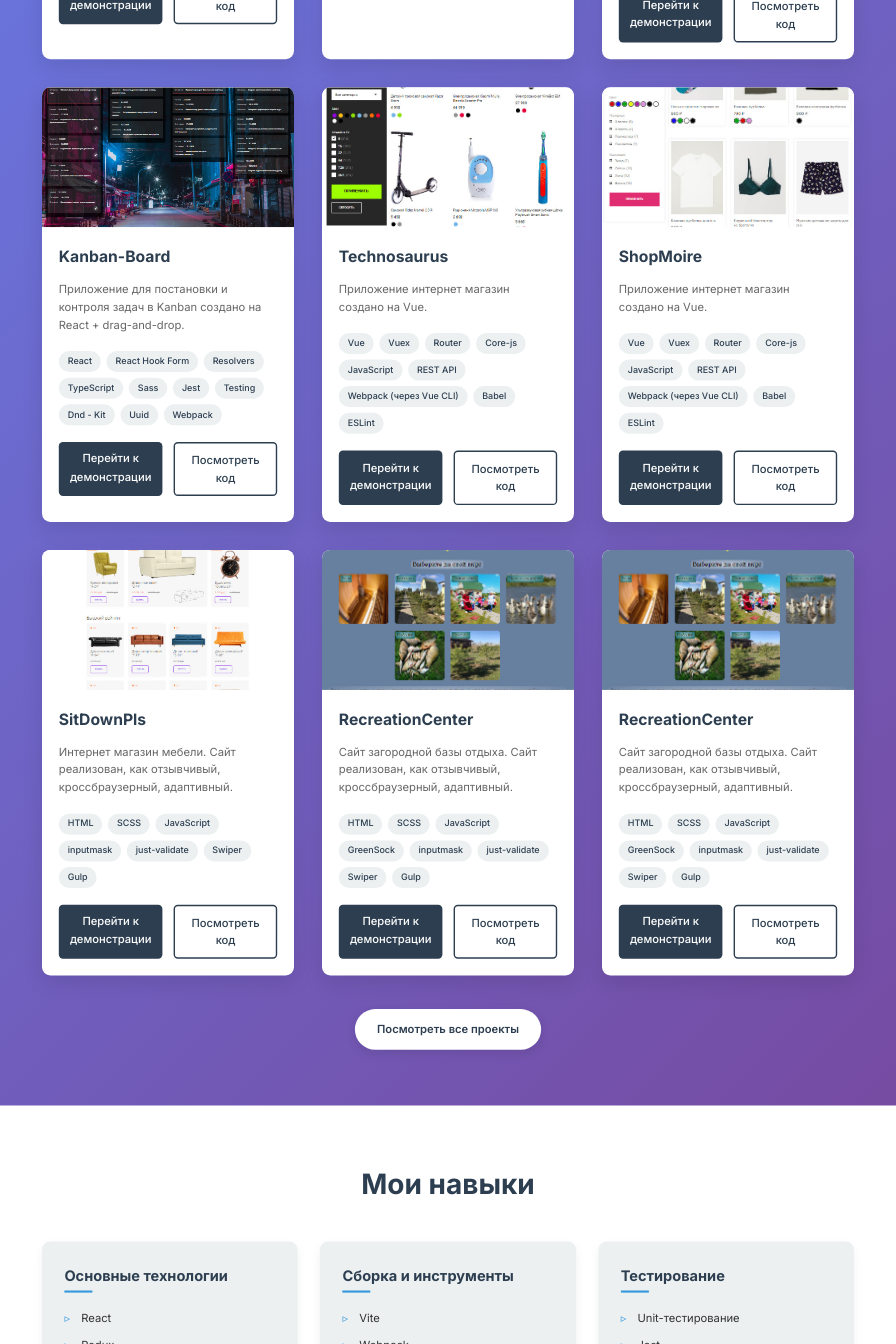
Repository: RostislavZeberg/resume-app
Page: /
These files come from the project's save history. The page is drawn as it stood at one moment and after the next save; the edit follows.
The browser window is 1280 px wide. The pictures show the part of the page from y = 841 to 2761 px (the page is 4977 px tall), at 70% of full size.
The project was rebuilt for these pictures with package versions that can differ from the ones it lists, and the page was loaded fresh each time. The framework's server and built-in components were replaced by stand-ins that run in the browser. Also part of the build but not shown: next.config.ts.

Above is the page before, as saved 2025-09-18 19:33:41.

### pages/_app.tsx
import type { AppProps } from 'next/app';
import '../styles/globals.scss';
import Head from 'next/head';

function MyApp({ Component, pageProps }: AppProps) {
  return (
    <>
      <Head>
        <meta name="viewport" content="width=device-width, initial-scale=1" />
        <meta name="theme-color" content="#2c3e50" />
        <meta name="description" content="Резюме фронтенд-разработчика React с 5+ годами опыта. Специализация: React, TypeScript, Next.js, Redux Toolkit." />
        <meta name="keywords" content="React, TypeScript, Next.js, фронтенд-разработчик, резюме" />
        <meta property="og:title" content="Фронтенд-разработчик React" />
        <meta property="og:description" content="Резюме фронтенд-разработчика React с 5+ годами опыта" />
        <meta property="og:type" content="website" />
        <link rel="icon" href="/favicon.ico" />
      </Head>
      <Component {...pageProps} />
    </>
  );
}

export default MyApp;

### pages/_document.tsx
import { Html, Head, Main, NextScript } from 'next/document';

export default function Document() {
  return (
    <Html lang="ru">
      <Head>
        <link rel="preconnect" href="https://fonts.googleapis.com" />
        <link rel="preconnect" href="https://fonts.gstatic.com" crossOrigin="anonymous" />
        <link href="https://fonts.googleapis.com/css2?family=Inter:wght@300;400;500;600;700&display=swap" rel="stylesheet" />

        {/* Фавикон */}
        <link rel="icon" href="/favicon.ico" sizes="any" />
        <link rel="icon" href="/favicon.svg" type="image/svg+xml" />
        <link rel="apple-touch-icon" href="/apple-touch-icon.png" />
        <link rel="manifest" href="/manifest.webmanifest" />

        {/* Мета-теги */}
        <meta name="theme-color" content="#2c3e50" />
        <meta name="description" content="Резюме фронтенд-разработчика React с 5+ годами опыта. Специализация: React, TypeScript, Next.js, Redux Toolkit." />
        <meta name="keywords" content="React, TypeScript, Next.js, фронтенд-разработчик, резюме" />
      </Head>
      <body>
        <Main />
        <NextScript />
      </body>
    </Html>
  );
}

### pages/index.tsx
import Head from 'next/head';
import { NextPage } from 'next';
import Contacts from '../components/Sections/Contacts';
import Skills from '../components/Sections/Skills';
import About from '../components/Sections/About';
import Projects from '../components/Sections/Projects';
import Header from '../components/Layout/Header';

const Home: NextPage = () => {
  return (
    <>
      <Head>
        <title>Фронтенд-разработчик React | Резюме</title>
        <meta name="description" content="Резюме фронтенд-разработчика React с 5+ годами опыта. Специализация: React, TypeScript, Next.js, Redux Toolkit." />
        <meta name="keywords" content="React, TypeScript, Next.js, фронтенд-разработчик, резюме" />
        <meta property="og:title" content="Фронтенд-разработчик React" />
        <meta property="og:description" content="Резюме фронтенд-разработчика React с 5+ годами опыта" />
        <meta property="og:type" content="website" />
        <link rel="icon" href="/favicon.ico" />
      </Head>

      <Header />
      <main>
        <Projects />
        <Skills />
        <About />
        <Contacts />
      </main>
    </>
  );
};

export default Home;

### styles/globals.scss
// Переменные и миксины
@import './variables.scss';
@import './mixins';

// Глобальные стили
* {
  box-sizing: border-box;
  margin: 0;
  padding: 0;
}

html {
  scroll-behavior: smooth;
  scroll-padding-top: 60px;
}

body {
  font-family: 'Inter', 'Arial', sans-serif;
  line-height: 1.6;
  color: $text-color;
  background-color: $background-color;
  padding-top: 60px;
}

.container {
  max-width: 1200px;
  margin: 0 auto;
  padding: 0 20px;
}

section {
  padding: 80px 0;

  h2 {
    text-align: center;
    margin-bottom: 50px;
    font-size: 2.5rem;
    color: $primary-color;
  }
}

// Анимации
@keyframes fadeIn {
  from {
    opacity: 0;
    transform: translateY(20px);
  }
  to {
    opacity: 1;
    transform: translateY(0);
  }
}

.fade-in {
  animation: fadeIn 0.6s ease forwards;
}

// Адаптивность
@include desktop {
  .container {
    max-width: 1200px;
  }
}

@include tablet {
  .container {
    max-width: 100%;
    padding: 0 15px;
  }

  section {
    padding: 60px 0;

    h2 {
      font-size: 2rem;
      margin-bottom: 40px;
    }
  }
}

@include mobile {
  .container {
    padding: 0 10px;
  }

  section {
    padding: 40px 0;

    h2 {
      font-size: 1.8rem;
      margin-bottom: 30px;
    }
  }
}

### components/Sections/Contacts.tsx
import React from 'react';
import Icon from '../UI/Icon';
import styles from '../../styles/sections/contacts.module.scss';
import { contacts } from '@/info/contacts';

const Contacts: React.FC = () => {

  return (
    <section id="contacts" className={styles.contacts}>
      <div className="container">
        <h2>Контакты</h2>
        <div className={styles.contactsGrid}>
          {contacts.map((contact, index) => (
            <a
              key={index}
              href={contact.href}
              className={styles.contactItem}
              target="_blank"
              rel="noopener noreferrer"
            >
              <Icon name={contact.icon} className={styles.contactIcon} />
              <span>{contact.text}</span>
            </a>
          ))}
        </div>
      </div>
    </section>
  );
};

export default Contacts;

### components/Sections/Skills.tsx
import React from 'react';
import styles from '../../styles/sections/skills.module.scss';

const Skills: React.FC = () => {
  const skillCategories = [
    {
      title: 'Основные технологии',
      skills: ['React', 'Redux', 'Redux Toolkit', 'TypeScript', 'Next.js', 'Sass/SCSS']
    },
    {
      title: 'Сборка и инструменты',
      skills: ['Vite', 'Webpack', 'Parcel', 'Gulp', 'Git', 'GitHub']
    },
    {
      title: 'Тестирование',
      skills: ['Unit-тестирование', 'Jest', 'React Testing Library']
    },
    {
      title: 'Дополнительные навыки',
      skills: ['HTTP/REST', 'ООП', 'DRY/KISS', 'WordPress', 'Vue.js', 'SQL', 'Python', 'Docker', 'Linux']
    },
    {
      title: 'Языки',
      skills: ['Английский (B1)']
    }
  ];

  return (
    <section id="skills" className={styles.skills}>
      <div className="container">
        <h2>Мои навыки</h2>
        <div className={styles.skillsGrid}>
          {skillCategories.map((category, index) => (
            <div key={index} className={styles.skillCategory}>
              <h3>{category.title}</h3>
              <ul>
                {category.skills.map((skill, i) => (
                  <li key={i}>{skill}</li>
                ))}
              </ul>
            </div>
          ))}
        </div>
      </div>
    </section>
  );
};

export default Skills;

### components/Sections/Projects.tsx
import React from 'react';
import ProjectCard from '../UI/ProjectCard';
import styles from '../../styles/sections/projects.module.scss';
import { projects } from '@/info/projects';

const Projects: React.FC = () => {
  return (
    <section id="projects" className={styles.projects}>
      <div className="container">
        <h2>Мои проекты</h2>
        <div className={styles.projectsGrid}>
          {projects.map((project, index) => (
            <ProjectCard key={index} project={project} />
          ))}
        </div>
        <div className={styles.viewAll}>
          <a
            href="https://github.com/RostislavZeberg?tab=repositories"
            className={styles.viewAllButton}
            target="_blank"
            rel="noopener noreferrer"
          >
            Посмотреть все проекты
          </a>
        </div>
      </div>
    </section>
  );
};

export default Projects;

### components/Layout/Header.tsx
import React, { useState } from 'react';
import Link from 'next/link';
import styles from '../../styles/layout/header.module.scss';

const Header: React.FC = () => {
  const [isMenuOpen, setIsMenuOpen] = useState(false);

  const toggleMenu = () => {
    setIsMenuOpen(!isMenuOpen);
  };

  return (
    <header className={styles.header}>
      <div className="container">
        <nav className={styles.nav}>
          <div className={styles.logo}>
            <Link href="/">Фронтенд-разработчик React + Next</Link>
          </div>

          <button
            className={`${styles.menuToggle} ${isMenuOpen ? styles.active : ''}`}
            onClick={toggleMenu}
            aria-label="Меню"
          >
            <span></span>
            <span></span>
            <span></span>
          </button>

          <ul className={`${styles.navList} ${isMenuOpen ? styles.active : ''}`}>
            <li><a href="#contacts" onClick={() => setIsMenuOpen(false)}>Контакты</a></li>
            <li><a href="#skills" onClick={() => setIsMenuOpen(false)}>Навыки</a></li>
            <li><a href="#about" onClick={() => setIsMenuOpen(false)}>Обо мне</a></li>
            <li><a href="#projects" onClick={() => setIsMenuOpen(false)}>Проекты</a></li>
          </ul>
        </nav>
      </div>
    </header>
  );
};

export default Header;

### styles/variables.scss
// Цвета
$primary-color: #2c3e50;
$secondary-color: #3498db;
$accent-color: #e74c3c;
$background-color: #f9f9f9;
$text-color: #333;
$light-gray: #ecf0f1;

// Breakpoints
$desktop: 1280px;
$tablet: 1024px;
$small-tablet: 768px;
$mobile: 320px;

### styles/mixins.scss
@mixin desktop {
  @media (min-width: #{$desktop}) {
    @content;
  }
}

@mixin tablet {
  @media (min-width: #{$small-tablet}) and (max-width: #{$tablet}) {
    @content;
  }
}

@mixin small-tablet {
  @media (min-width: #{$mobile}) and (max-width: #{$small-tablet - 1px}) {
    @content;
  }
}

@mixin mobile {
  @media (max-width: #{$mobile}) {
    @content;
  }
}

@mixin flex-center {
  display: flex;
  justify-content: center;
  align-items: center;
}

@mixin card-shadow {
  box-shadow: 0 4px 6px rgba(0, 0, 0, 0.1);
  transition: box-shadow 0.3s ease;

  &:hover {
    box-shadow: 0 10px 20px rgba(0, 0, 0, 0.15);
  }
}

### components/UI/Icon.tsx
import React from 'react';
import Image from 'next/image';

interface IconProps {
  name: string;
  className?: string;
  width?: number;
  height?: number;
}

const Icon: React.FC<IconProps> = ({ name, className = '', width = 24, height = 24 }) => {
  return (
    <Image
      src={`/icons/${name}.svg`}
      alt={`${name} icon`}
      width={width}
      height={height}
      className={className}
    />
  );
};

export default Icon;

### styles/sections/contacts.module.scss
@import '../variables';
@import '../mixins';

.contacts {
  background: linear-gradient(135deg, #f5f7fa 0%, #c3cfe2 100%);
  padding: 100px 0;
}

.contactsGrid {
  display: grid;
  grid-template-columns: repeat(auto-fit, minmax(250px, 1fr));
  gap: 2rem;
  margin-top: 3rem;
}

.contactItem {
  display: flex;
  flex-direction: column;
  align-items: center;
  justify-content: center;
  background: white;
  padding: 2rem;
  border-radius: 12px;
  box-shadow: 0 10px 30px rgba(0, 0, 0, 0.1);
  transition: all 0.3s ease;
  text-decoration: none;
  color: $text-color;

  &:hover {
    transform: translateY(-5px);
    box-shadow: 0 15px 40px rgba(0, 0, 0, 0.15);

    .contactIcon {
      transform: scale(1.1);
    }
  }
}

.contactIcon {
  width: 60px;
  height: 60px;
  margin-bottom: 1rem;
  transition: transform 0.3s ease;
}

// Адаптивность
@include tablet {
  .contactsGrid {
    grid-template-columns: repeat(2, 1fr);
    gap: 1.5rem;
  }
}

@include small-tablet {
  .contactsGrid {
    grid-template-columns: 1fr;
    gap: 1rem;
  }

  .contactItem {
    padding: 1.5rem;
  }
}

@include mobile {
  .contacts {
    padding: 80px 0;
  }

  .contactIcon {
    width: 50px;
    height: 50px;
  }
}

### info/contacts.ts
export const contacts = [
  { icon: 'email', text: 'zeberg@bk.ru', href: 'mailto:zeberg@bk.ru' },
  { icon: 'phone', text: '+7(960)-552-4171', href: 'tel:+79605524171' },
  { icon: 'telegram', text: '@zeberg_jaguar', href: 'https://t.me/zeberg_jaguar' },
  { icon: 'github', text: 'GitHub', href: 'https://github.com/RostislavZeberg?tab=repositories' }
];

### styles/sections/skills.module.scss
@import '../variables';
@import '../mixins';

.skills {
  background-color: white;
}

.skillsGrid {
  display: grid;
  grid-template-columns: repeat(auto-fit, minmax(300px, 1fr));
  gap: 2rem;
}

.skillCategory {
  background: $light-gray;
  padding: 2rem;
  border-radius: 12px;
  box-shadow: 0 5px 15px rgba(0, 0, 0, 0.05);

  h3 {
    color: $primary-color;
    margin-bottom: 1.5rem;
    font-size: 1.3rem;
    position: relative;
    padding-bottom: 0.5rem;

    &::after {
      content: '';
      position: absolute;
      bottom: 0;
      left: 0;
      width: 40px;
      height: 3px;
      background: $secondary-color;
    }
  }

  ul {
    list-style: none;
  }

  li {
    margin-bottom: 0.8rem;
    padding-left: 1.5rem;
    position: relative;

    &::before {
      content: '▹';
      position: absolute;
      left: 0;
      color: $secondary-color;
    }
  }
}

// Адаптивность
@include tablet {
  .skillsGrid {
    grid-template-columns: repeat(2, 1fr);
    gap: 1.5rem;
  }
}

@include small-tablet {
  .skillsGrid {
    grid-template-columns: 1fr;
    gap: 1rem;
  }

  .skillCategory {
    padding: 1.5rem;
  }
}

@include mobile {
  .skillCategory {
    padding: 1.2rem;

    h3 {
      font-size: 1.2rem;
    }
  }
}

### styles/sections/about.module.scss
@import '../variables';
@import '../mixins';

.about {
  background-color: $light-gray;
}

.aboutContent {
  max-width: 800px;
  margin: 0 auto;

  p {
    margin-bottom: 1.5rem;
    line-height: 1.8;
    text-align: justify;
  }
}

// Адаптивность
@include tablet {
  .aboutContent {
    padding: 0 1rem;
  }
}

@include mobile {
  .aboutContent p {
    text-align: left;
  }
}

### components/UI/ProjectCard.tsx
import React from 'react';
import Image from 'next/image';
import styles from '../../styles/ui/project-card.module.scss';

interface Project {
  name: string;
  description: string;
  demoLink: string;
  codeLink: string;
  technologies: string[];
}

interface ProjectCardProps {
  project: Project;
}

const ProjectCard: React.FC<ProjectCardProps> = ({ project }) => {
  return (
    <div className={styles.projectCard}>
      <div className={styles.projectImage}>
        <a href={project.demoLink} target="_blank" rel="noopener noreferrer">
          <Image
            src={`/images/projects/${project.name.toLowerCase()}.jpg`}
            alt={project.name}
            fill
            style={{ objectFit: 'cover' }}
            sizes="(max-width: 768px) 100vw, (max-width: 1200px) 50vw, 33vw"
          />
        </a>
      </div>
      <div className={styles.projectContent}>
        <h3>{project.name}</h3>
        <p>{project.description}</p>
        <div className={styles.technologies}>
          {project.technologies.map((tech, index) => (
            <span key={index} className={styles.techTag}>{tech}</span>
          ))}
        </div>
        <div className={styles.projectActions}>
          <a
            href={project.demoLink}
            className={styles.demoButton}
            target="_blank"
            rel="noopener noreferrer"
          >
            Перейти к демонстрации
          </a>
          <a
            href={project.codeLink}
            className={styles.codeButton}
            target="_blank"
            rel="noopener noreferrer"
          >
            Посмотреть код
          </a>
        </div>
      </div>
    </div>
  );
};

export default ProjectCard;

### styles/sections/projects.module.scss
@import '../variables';
@import '../mixins';

.projects {
  background: linear-gradient(135deg, #667eea 0%, #764ba2 100%);
  color: white;

  h2 {
    color: white;
  }
}

.projectsGrid {
  display: grid;
  grid-template-columns: repeat(auto-fit, minmax(350px, 1fr));
  gap: 2.5rem;
  margin-bottom: 3rem;
}

.viewAll {
  text-align: center;
  margin-top: 3rem;
}

.viewAllButton {
  display: inline-block;
  padding: 1rem 2rem;
  background: white;
  color: $primary-color;
  text-decoration: none;
  border-radius: 30px;
  font-weight: 600;
  transition: all 0.3s ease;
  box-shadow: 0 5px 15px rgba(0, 0, 0, 0.1);

  &:hover {
    transform: translateY(-3px);
    box-shadow: 0 10px 25px rgba(0, 0, 0, 0.2);
    background: $accent-color;
    color: white;
  }
}

// Адаптивность
@include tablet {
  .projectsGrid {
    grid-template-columns: repeat(2, 1fr);
    gap: 2rem;
  }
}

@include small-tablet {
  .projectsGrid {
    grid-template-columns: 1fr;
    gap: 1.5rem;
  }
}

@include mobile {
  .projectsGrid {
    grid-template-columns: 1fr;
    gap: 1.5rem;
  }

  .viewAllButton {
    padding: 0.8rem 1.5rem;
    font-size: 0.9rem;
  }
}

### info/projects.ts
export const projects = [
  {
    name: 'CinemaGuide',
    description: 'Приложение для поиска кинофильмов создано на React + TypeScript + Vite. Полный функционал.',
    demoLink: 'https://rostislavzeberg.github.io/CinemaGuide',
    codeLink: 'https://github.com/RostislavZeberg/CinemaGuide/tree/dev',
    technologies: ['React', 'TypeScript', 'Vite', 'React Router DOM', 'Axios', 'React Hook Form', 'Zod', 'React Query, ESLint', 'Vite.']
  },
  {
    name: 'ShopOnline',
    description: 'Онлайн-магазин на Next.js. Полный функционал.',
    demoLink: 'https://shop-online-omega.vercel.app/',
    codeLink: 'https://github.com/RostislavZeberg/ShopOnline',
    technologies: ['Next.js', 'React', 'TypeScript', 'Redux Toolkit', 'SCSS', 'Axios', 'GSAP', 'Zod, ESLint', 'Vite.']
  },
  {
    name: 'CatalogProducts',
    description: 'Приложение для управления карточками товаров со стороны администрации магазина создано на React. Полный функционал.',
    demoLink: 'https://rostislavzeberg.github.io/CatalogProducts',
    codeLink: 'https://github.com/RostislavZeberg/CatalogProducts',
    technologies: ['React', 'Redux', 'TypeScript', 'React Router', 'React Hook Form', 'React Query', 'Resolvers', 'Sass', 'Axios', 'Zod',
      'ESLint', 'Vite.']
  },
  {
    name: 'Kanban-Board',
    description: 'Приложение для постановки и контроля задач в Kanban создано на React + drag-and-drop.',
    demoLink: 'https://shop-online-omega.vercel.app/',
    codeLink: 'https://github.com/RostislavZeberg/ShopOnline',
    technologies: ['React', 'React Hook Form', 'Resolvers', 'TypeScript', 'Sass', 'Jest', 'Testing', 'Dnd - Kit', 'Uuid', 'Webpack']
  },
  {
    name: 'Technosaurus',
    description: 'Приложение интернет магазин создано на Vue.',
    demoLink: 'https://rostislavzeberg.github.io/Technosaurus/#/',
    codeLink: 'https://github.com/RostislavZeberg/Technosaurus',
    technologies: ['Vue', 'Vuex', 'Router', 'Core-js', 'JavaScript', 'REST API', 'Webpack (через Vue CLI)', 'Babel', 'ESLint']
  },
  {
    name: 'ShopMoire',
    description: 'Приложение интернет магазин создано на Vue.',
    demoLink: 'https://rostislavzeberg.github.io/ShopMoire/#/',
    codeLink: 'https://github.com/RostislavZeberg/ShopMoire',
    technologies: ['Vue', 'Vuex', 'Router', 'Core-js', 'JavaScript', 'REST API', 'Webpack (через Vue CLI)', 'Babel', 'ESLint']
  },
  {
    name: 'SitDownPls',
    description: 'Интернет магазин мебели. Сайт реализован, как отзывчивый, кроссбраузерный, адаптивный.',
    demoLink: 'https://rostislavzeberg.github.io/store-SitDownPls/',
    codeLink: 'https://github.com/RostislavZeberg/store-SitDownPls',
    technologies: ['HTML', 'SCSS', 'JavaScript', 'inputmask', 'just-validate', 'Swiper', 'Gulp']
  },
  {
    name: 'RecreationCenter',
    description: 'Сайт загородной базы отдыха. Сайт реализован, как отзывчивый, кроссбраузерный, адаптивный.',
    demoLink: 'https://rostislavzeberg.github.io/RecreationCenter/',
    codeLink: 'https://github.com/RostislavZeberg/RecreationCenter',
    technologies: ['HTML', 'SCSS', 'JavaScript', 'GreenSock', 'inputmask', 'just-validate', 'Swiper', 'Gulp']
  },
  {
    name: 'RecreationCenter',
    description: 'Сайт загородной базы отдыха. Сайт реализован, как отзывчивый, кроссбраузерный, адаптивный.',
    demoLink: 'https://rostislavzeberg.github.io/RecreationCenter/',
    codeLink: 'https://github.com/RostislavZeberg/RecreationCenter',
    technologies: ['HTML', 'SCSS', 'JavaScript', 'GreenSock', 'inputmask', 'just-validate', 'Swiper', 'Gulp']
  },
];

### styles/layout/header.module.scss
@import '../variables';
@import '../mixins';

.header {
  background-color: $primary-color;
  color: white;
  position: fixed;
  top: 0;
  left: 0;
  right: 0;
  z-index: 1000;
  box-shadow: 0 2px 10px rgba(0, 0, 0, 0.1);
}

.nav {
  display: flex;
  justify-content: space-between;
  align-items: center;
  padding: 1rem 0;
}

.logo {
  a {
    color: white;
    text-decoration: none;
    font-weight: 600;
    font-size: 1.2rem;

    &:hover {
      color: $accent-color;
    }
  }
}

.navList {
  display: flex;
  list-style: none;
  gap: 2rem;

  a {
    color: white;
    text-decoration: none;
    font-weight: 500;
    transition: color 0.3s ease;

    &:hover {
      color: $accent-color;
    }
  }
}

.menuToggle {
  display: none;
  flex-direction: column;
  justify-content: space-around;
  width: 2rem;
  height: 2rem;
  background: transparent;
  border: none;
  cursor: pointer;
  padding: 0;

  span {
    width: 2rem;
    height: 0.25rem;
    background: white;
    border-radius: 10px;
    transition: all 0.3s linear;
    position: relative;
    transform-origin: 1px;
  }
}

// Адаптивность
@include tablet {
  .navList {
    gap: 1.5rem;
  }
}

@include small-tablet {
  .menuToggle {
    display: flex;
    z-index: 1001;
  }

  .navList {
    position: fixed;
    top: 0;
    right: 0;
    height: 100vh;
    width: 70%;
    background: $primary-color;
    flex-direction: column;
    justify-content: center;
    align-items: center;
    transform: translateX(100%);
    transition: transform 0.3s ease-in-out;

    &.active {
      transform: translateX(0);
    }
  }

  .menuToggle.active {
    span:nth-child(1) {
      transform: rotate(45deg);
    }

    span:nth-child(2) {
      opacity: 0;
    }

    span:nth-child(3) {
      transform: rotate(-45deg);
    }
  }
}

@include mobile {
  .logo a {
    font-size: 1rem;
  }
}

Loaded but not shown: styles/ui/project-card.module.scss (137 lines, source omitted); components/Sections/About.tsx (42 lines, source omitted)

After the next save:
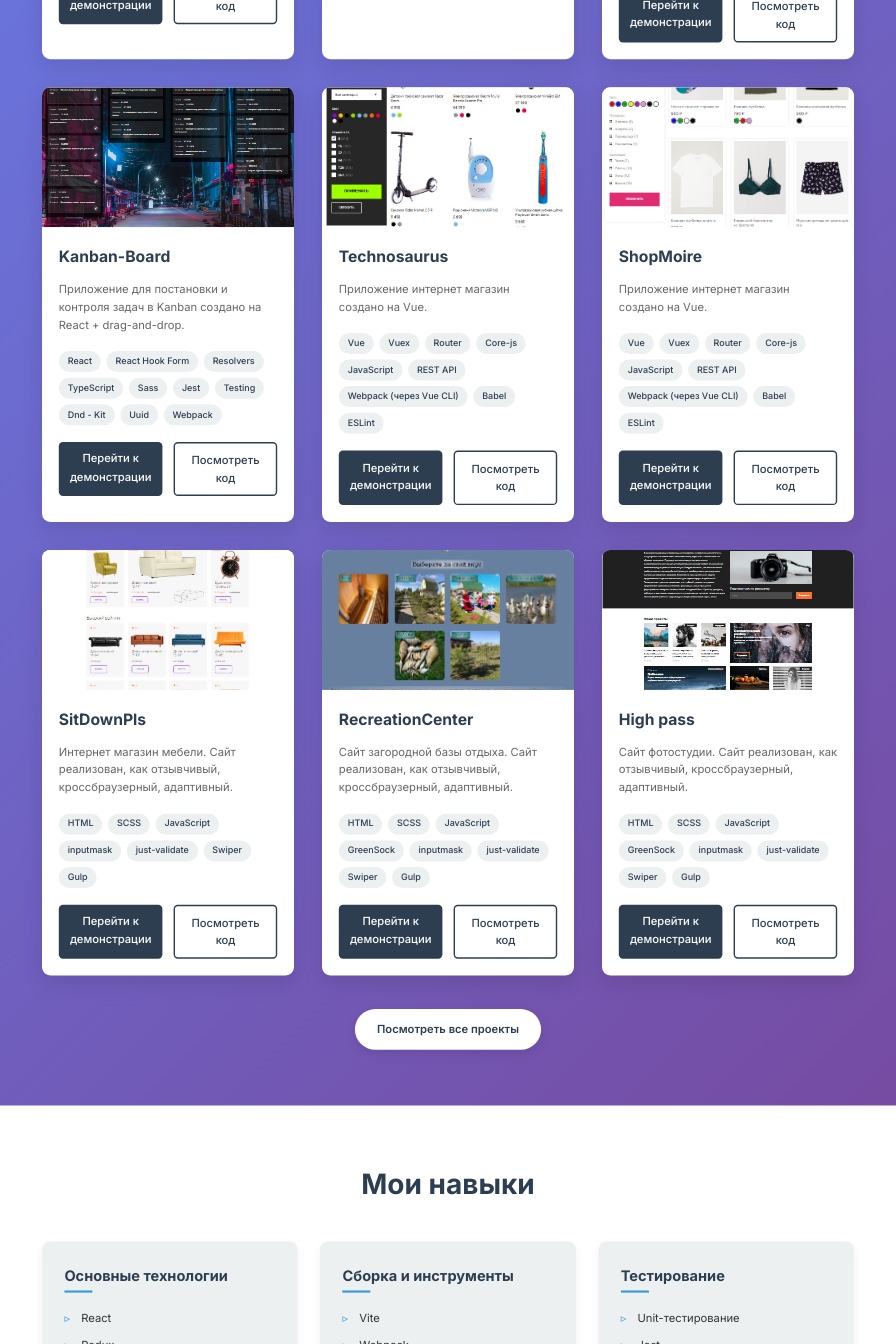
Saved 79 s later.
--- a/info/projects.ts
+++ b/info/projects.ts
@@ -57,8 +57,8 @@ export const projects = [
     technologies: ['HTML', 'SCSS', 'JavaScript', 'GreenSock', 'inputmask', 'just-validate', 'Swiper', 'Gulp']
   },
   {
-    name: 'RecreationCenter',
-    description: 'Сайт загородной базы отдыха. Сайт реализован, как отзывчивый, кроссбраузерный, адаптивный.',
+    name: 'High pass',
+    description: 'Сайт фотостудии. Сайт реализован, как отзывчивый, кроссбраузерный, адаптивный.',
     demoLink: 'https://rostislavzeberg.github.io/RecreationCenter/',
     codeLink: 'https://github.com/RostislavZeberg/RecreationCenter',
     technologies: ['HTML', 'SCSS', 'JavaScript', 'GreenSock', 'inputmask', 'just-validate', 'Swiper', 'Gulp']
